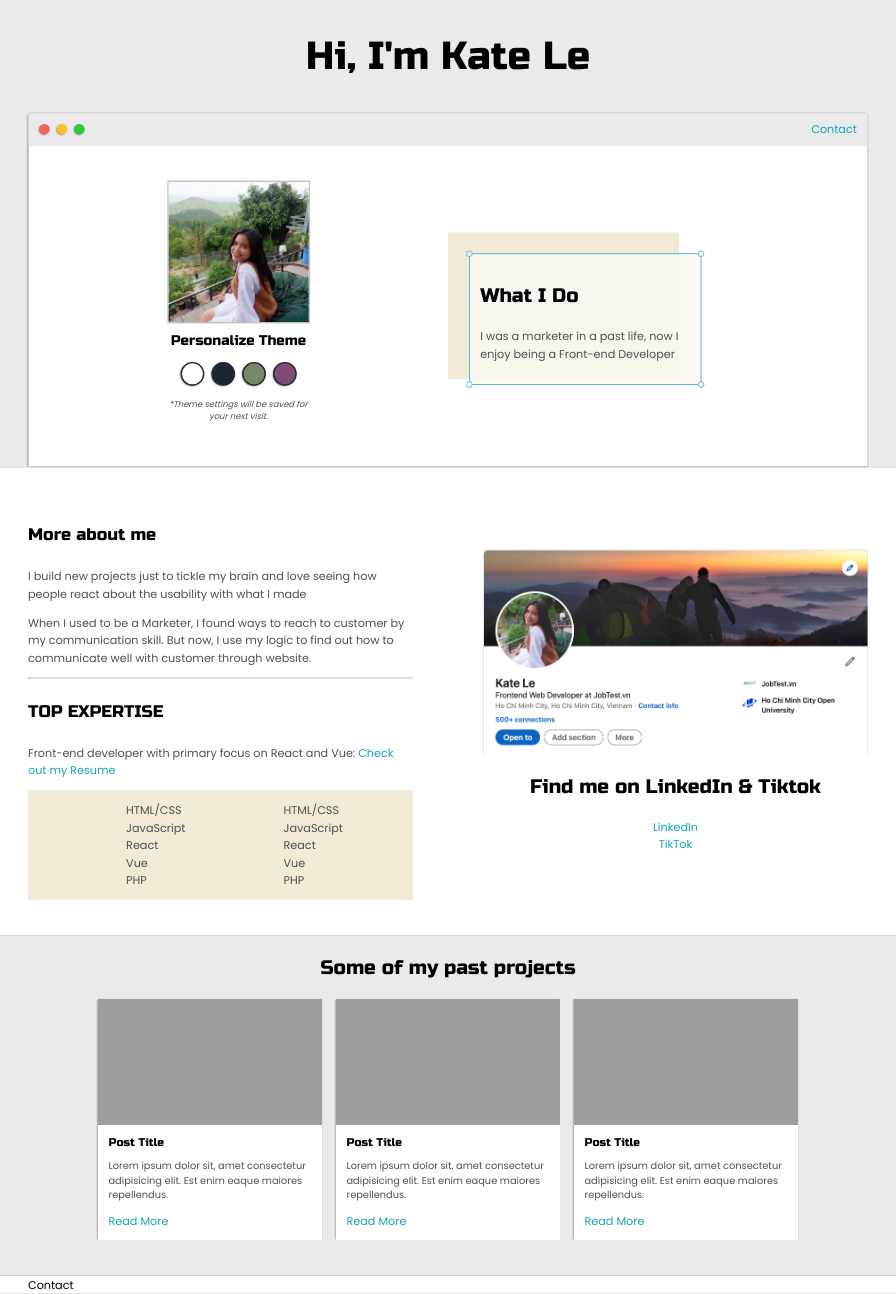
Repository: kate30980/my-persponal-website
Page: index.html
An editor plug-in stored every save of this project. The page is shown before and after the next save, followed by the edit.
The browser window is 1280 px wide. The pictures show the whole page, at 70% of full size.
Pictures or frames that could not be fetched are drawn as grey boxes.

Above is the page before, as saved 2021-08-26 22:54:56.

After the next save:
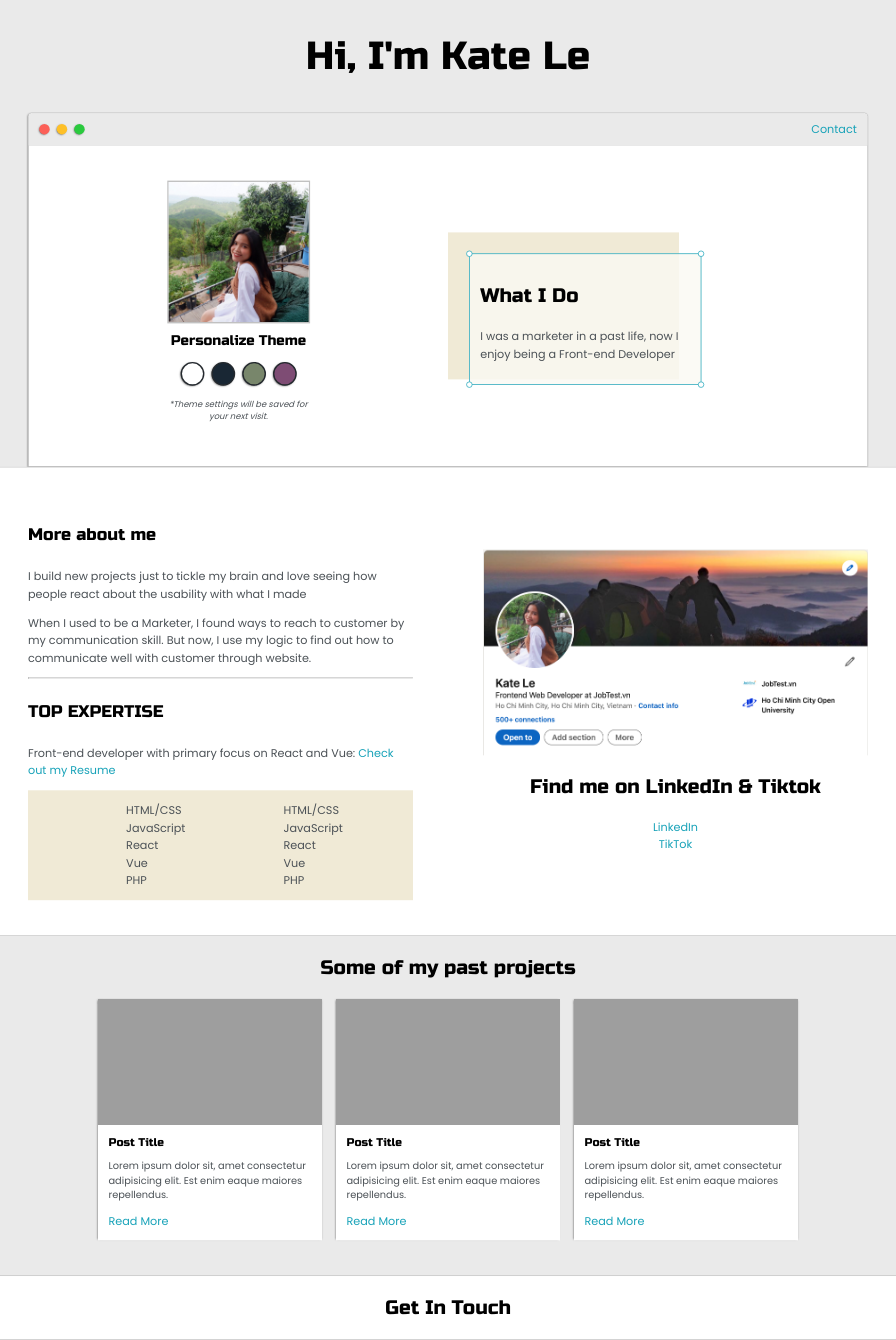
Saved 2 min 0 s later.
--- a/index.html
+++ b/index.html
@@ -170,7 +170,7 @@
 
     <section class="s2">
         <div class="main-container">
-            Contact
+            <h3 style="text-align:center">Get In Touch</h3>
         </div>
     </section>
 
